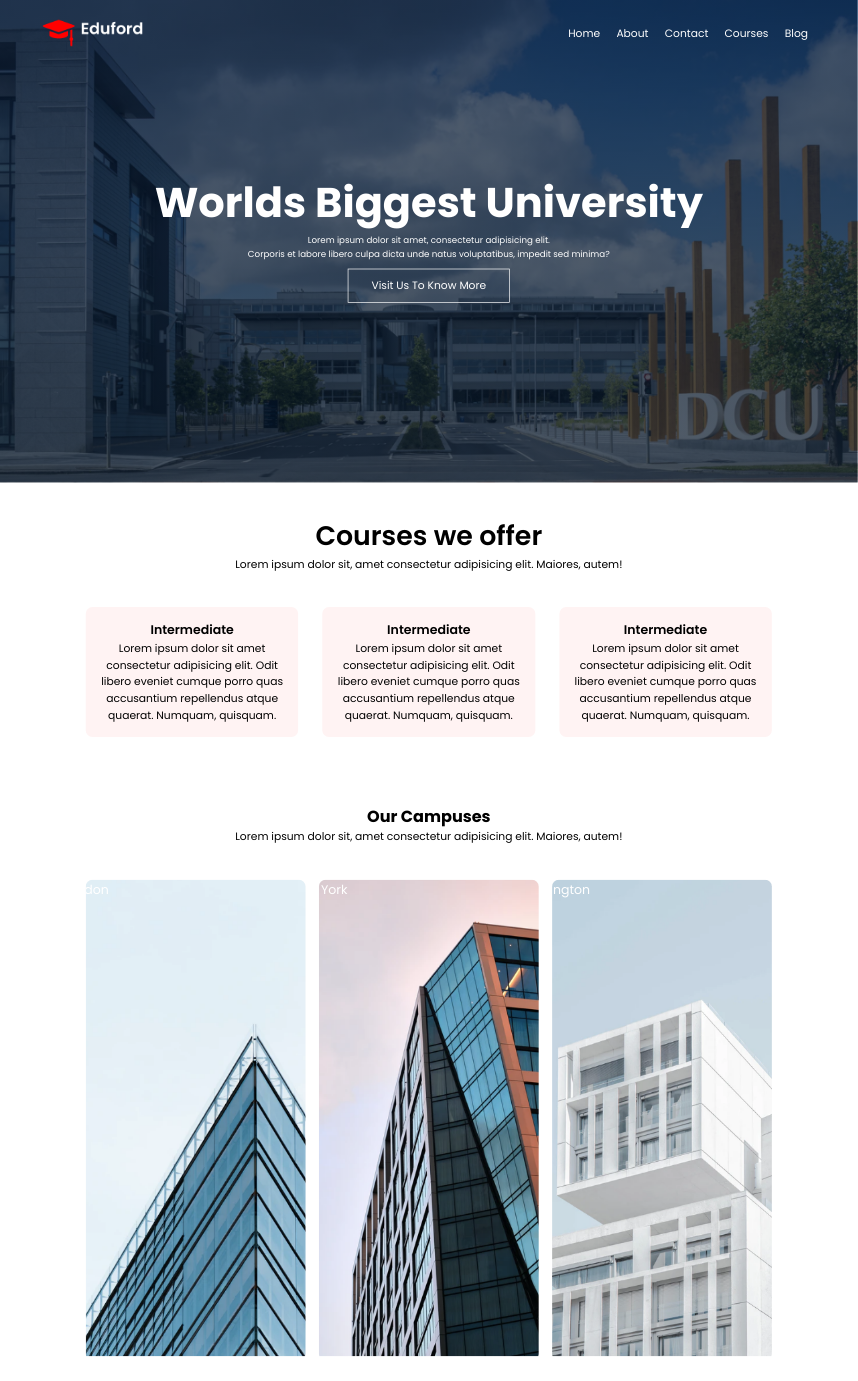
Repository: yashrajverma/Practise
Page: index.html
The author's editor kept a copy of each file at every save. The page is drawn from the files as they stood at one save, then again after the next save.
The browser window is 1280 px wide. The pictures show the whole page, at 67% of full size.

Above is the page before, as saved 2021-04-27 12:32:39.

### index.html
<!DOCTYPE html>
<html lang="en">
  <head>
    <meta charset="UTF-8" />
    <meta name="viewport" content="width=device-width, initial-scale=1.0" />
    <title>Website</title>
    <link rel="stylesheet" href="style.css" />
    <link rel="preconnect" href="https://fonts.gstatic.com">
<link href="https://fonts.googleapis.com/css2?family=Poppins:ital,wght@0,100;0,400;0,600;0,700;1,500&display=swap" rel="stylesheet">
<link rel="stylesheet" href="https://cdn.jsdelivr.net/npm/@fortawesome/fontawesome-free@5.15.3/css/fontawesome.min.css" integrity="sha384-wESLQ85D6gbsF459vf1CiZ2+rr+CsxRY0RpiF1tLlQpDnAgg6rwdsUF1+Ics2bni" crossorigin="anonymous">
<link rel="stylesheet" href="https://cdnjs.cloudflare.com/ajax/libs/font-awesome/5.15.3/css/all.min.css" integrity="sha512-iBBXm8fW90+nuLcSKlbmrPcLa0OT92xO1BIsZ+ywDWZCvqsWgccV3gFoRBv0z+8dLJgyAHIhR35VZc2oM/gI1w==" crossorigin="anonymous" />

</head>
  <body>
    <section class="header">
        <nav>
         <a href="index.html"><img src="eduford_img/logo.png" alt="logo" class="nav-img"/></a>
          <div class="nav-links" id="navLinks">
            <i class="fa fa-times-circle" aria-hidden="true" onclick="hideMenu()"></i>
             <ul>
            <li><a href="#">Home</a></li>
            <li><a href="#">About</a></li>
            <li><a href="#">Contact</a></li>
            <li><a href="#">Courses</a></li>
            <li><a href="#">Blog</a></li>
          </ul>
          </div>
          <i class="fa fa-bars" aria-hidden="true" onclick="showMenu()"></i>
        </nav>

        <div class="text-box">
          <h1>
            Worlds Biggest University
          </h1>
          <p>
            Lorem ipsum dolor sit amet, consectetur adipisicing elit. <br>
            Corporis et labore libero culpa dicta unde natus voluptatibus, impedit sed minima?
          </p>
          <a href="#">Visit Us To Know More</a>
        </div>
    </section>

    <!-- -------------------- courses --------------------- -->

    <section class="course">
      <h1>Courses we offer</h1>
      <p>Lorem ipsum dolor sit, amet consectetur adipisicing elit. Maiores, autem!</p>
      <div class="row">
        <div class="course-col">
          <h3>Intermediate</h3>
          <p>Lorem ipsum dolor sit amet consectetur adipisicing elit.
            Odit libero eveniet cumque porro quas accusantium repellendus atque quaerat. Numquam, quisquam.</p>
        </div>
        <div class="course-col">
          <h3>Intermediate</h3>
          <p>Lorem ipsum dolor sit amet consectetur adipisicing elit.
            Odit libero eveniet cumque porro quas accusantium repellendus atque quaerat. Numquam, quisquam.</p>
        </div>
        <div class="course-col">
          <h3>Intermediate</h3>
          <p>Lorem ipsum dolor sit amet consectetur adipisicing elit.
            Odit libero eveniet cumque porro quas accusantium repellendus atque quaerat. Numquam, quisquam.</p>
        </div>
      </div>
    </section>



    <!-- -------------------- campus --------------------- -->

    <section class="campus">
      <h1>Our Campuses</h1>
      <p>Lorem ipsum dolor sit, amet consectetur adipisicing elit. Maiores, autem!</p>
      <div class="row">
        <div class="campus-col">
          <img src="/eduford_img/london.png" alt="">
          <div class="layer">
            <h3>London</h3>
          </div>
        </div>
        <div class="campus-col">
          <img src="/eduford_img/newyork.png" alt="">
          <div class="layer">
            <h3>New York</h3>
          </div>
        </div>
        <div class="campus-col">
          <img src="/eduford_img/washington.png" alt="">
          <div class="layer">
            <h3>Washington</h3>
          </div>
        </div>
      </div>
    </section>

    <script src="app.js"></script>
  </body>
</html>

### style.css
*{
    margin: 0;
    padding: 0;
    font-family: 'Poppins', sans-serif;
}

.header{
    width: 100%;
    min-height: 100vh;
    background:linear-gradient(rgba(2, 20, 46, 0.7),rgba(5, 20, 37, 0.7)) ,url('./eduford_img/banner.png');
    background-position: fixed;
    background-size: cover;
    background-repeat: no-repeat;
    position: relative;
}
nav{
    display: flex;
    align-items: center;
    justify-content: space-between;
    padding: 2% 5%;
}
.nav-img{
    width: 150px;
}
.nav-links{
    flex:1;
    text-align: right;
}
.nav-links ul li{
    list-style: none;
    padding: 0 10px ;
    display: inline-block;
    position: relative;
}
.nav-links ul li  a{
    text-decoration: none;
    color: white;

}
.nav-links ul li::after{
    width: 0;
    height: 2px;
    content: '';
    background-color: #f44336;
    display: block;
    margin: auto;
    transition: 0.4s;
}
.nav-links ul li:hover::after{
    width: 100%;
    box-shadow: 0px 0px 13px #f44336;
}
.text-box{
    width: 90%;
    text-align: center;
    position: absolute;
    top: 50%;
    left: 50%;
    transform: translate(-50%,-50%);
    color: white;
}
.text-box h1{
    font-size: 62px;
}
.text-box p{
    font-size: 13px;
}
.text-box a{
    display: inline-block;
    padding: 12px 34px ;
    color: white;
    text-decoration: none;
    position: relative;
    margin: 12px;
    border: 1px solid white;
    background: transparent;
    transition: 0.4s;
}
.text-box a:hover{
    background: #f44336;
    border:1px solid #f44336;
    box-shadow: 0px 0px 13px #f44336;
}

nav .fa{
    display: none;
}
@media(max-width:700px){
    .text-box h1{
        font-size: 20px;
    }
    .nav-links ul li{
        display: block;
        margin: 10px;
    }
    .nav-links{
        position: absolute;
        top: 0;
        right: -200px;
        background: #f44336;
        width: 200px;
        height: 100vh;
        text-align: left;
        z-index: 2;
    }
    nav .fa{
        display: block;
        color:white;
        font-size: 24px;
        cursor: pointer;
    }
}

/* ------------------------------------- course ----------------------------- */

.course{
    text-align: center;
    margin: auto;
    margin-top: 50px;
    width: 80%;
}
.course h1{
    font-size: 40px;
    font-weight: 600;
}

.row{
    margin-top: 5%;
    display: flex;
    justify-content: space-between;
}
.course-col{
    flex-basis: 31%;
    background: #fff3f3;
    border-radius: 10px;
    padding: 20px 12px;
    margin-bottom: 5%;
    box-sizing: border-box;
    transition: 0.7s;
}
h3{
    font-weight: 600;
    text-align: center;
}
.course-col:hover{
    box-shadow: 0 0 20px 0 rgba(0,0,0,0.2);
}

@media(max-width:700px){
    .row{
        flex-direction: column;
    }
}


/* ----------------- capmus ----------------------- */


.campus{
    width: 80%;
    padding-top: 50px;
    text-align: center;
    margin: auto;
}
.campus-col{
    flex-basis: 32%;
    border-radius: 10px;
    margin-bottom: 30px;
    position: relative;
    overflow: hidden;
}
.campus-col .layer{
    background:transparent;
    left: 0;
    top: 0;
    position: absolute;
    height: 100%;
    width: 100%;
    transition: 0.5s;
}
.campus-col .layer:hover{
   background: rgba(0,0,255,0.5);
}

.layer h3{
    width: 100%;
    font-weight: 500;
    transform: translate(-50%);
    border: none;
    color: white;
    bottom: 0;
}

### app.js
var navLinks=document.getElementById('navLinks')
function hideMenu(){
    navLinks.style.right='-200px';
}
function showMenu(){
    navLinks.style.right="0"
}

After the next save:
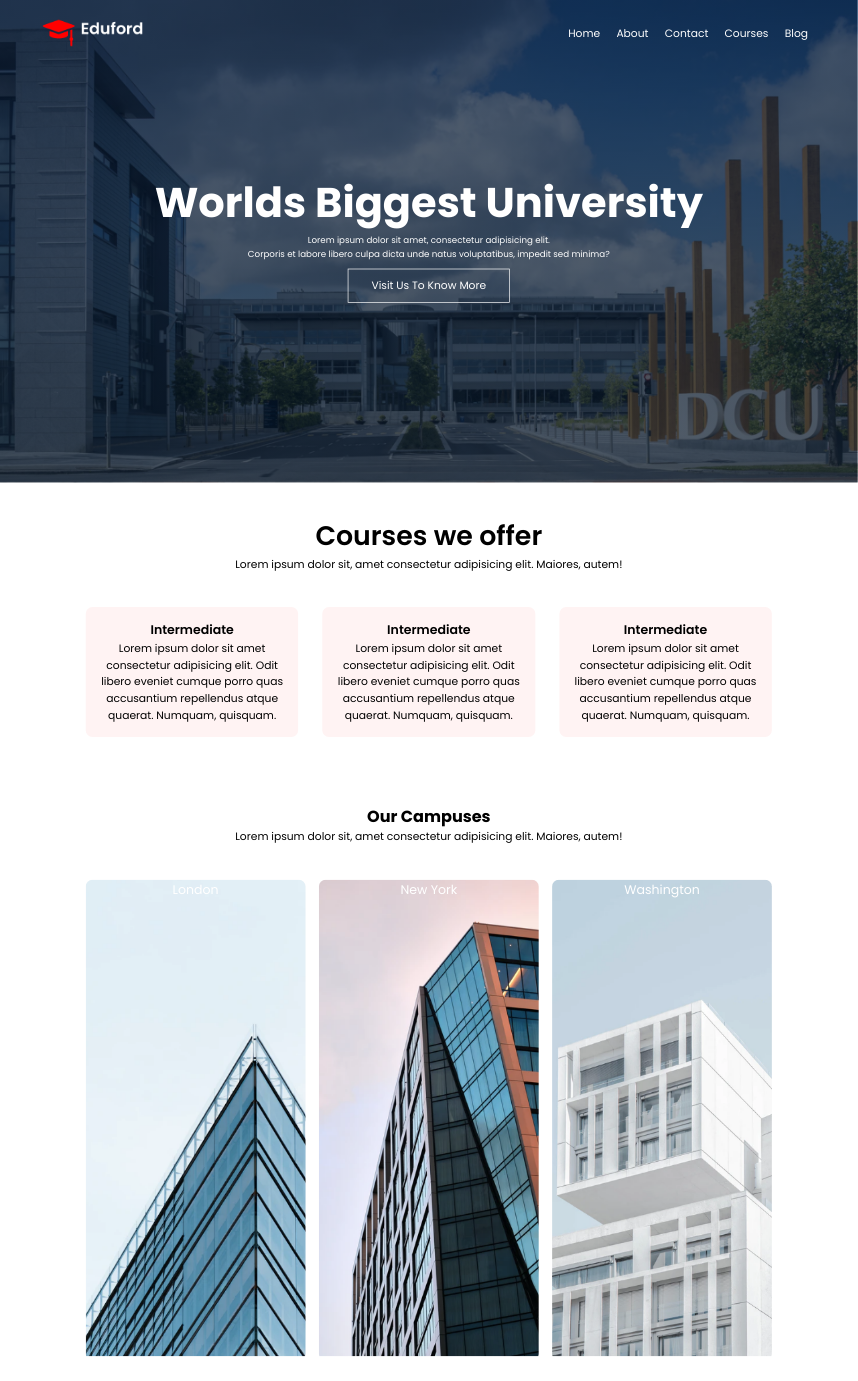
Saved 4 s later.
--- a/style.css
+++ b/style.css
@@ -185,7 +185,6 @@
 .layer h3{
     width: 100%;
     font-weight: 500;
-    transform: translate(-50%);
     border: none;
     color: white;
     bottom: 0;
